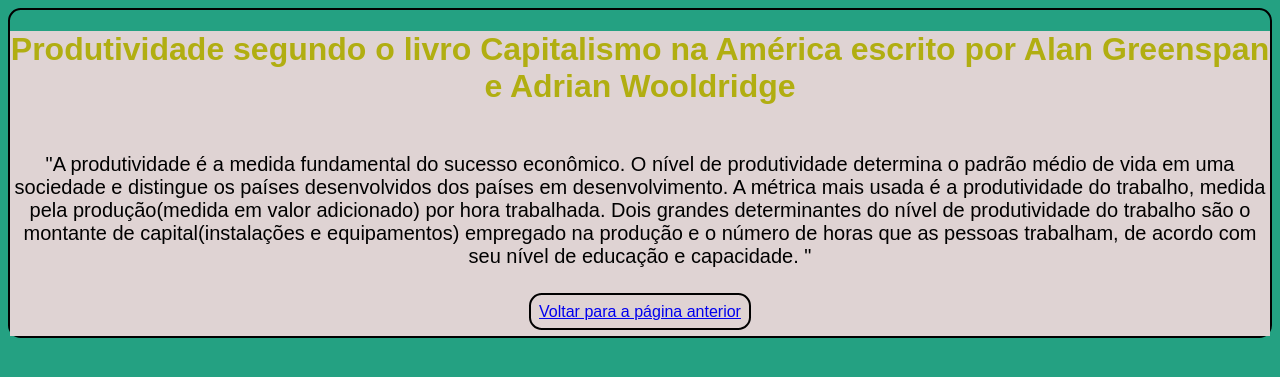
Repository: batmit/FutureFundation.github.io-1
Page: menu/articles/speechs/produtividade.html
An editor plug-in stored every save of this project. The page is shown before and after the next save, followed by the edit.
The browser window is 1280 px wide. The pictures show the whole page.

Above is the page before, as saved 2021-11-07 17:31:26.

After the next save:
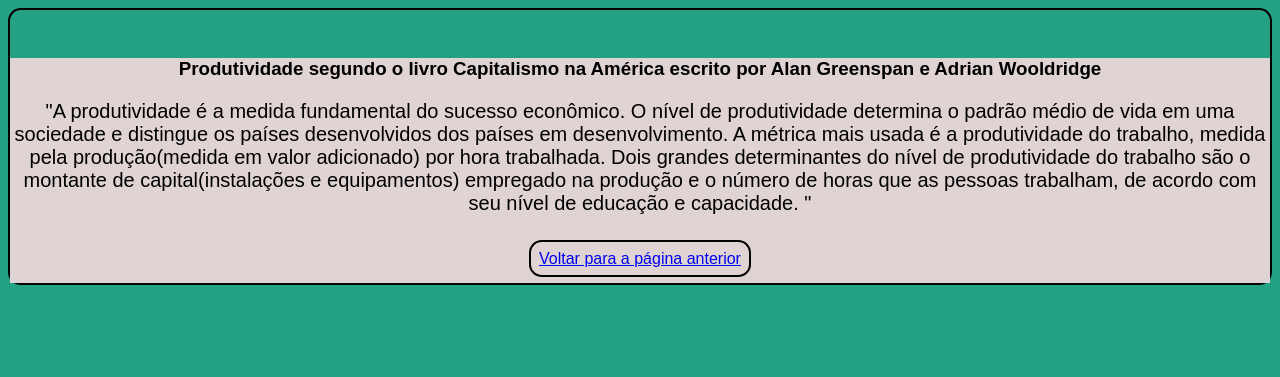
Saved 19 s later.
--- a/menu/articles/speechs/produtividade.html
+++ b/menu/articles/speechs/produtividade.html
@@ -11,8 +11,9 @@
 <body>
     <div id="all">
         <header>
-            <h1>Produtividade segundo o livro Capitalismo na América escrito por Alan Greenspan e Adrian Wooldridge</h1>
+            <h1></h1>
         </header>
+        <h3>Produtividade segundo o livro Capitalismo na América escrito por Alan Greenspan e Adrian Wooldridge</h3>
         <p>"A produtividade é a medida fundamental do sucesso econômico. O nível de produtividade determina o padrão médio de vida em uma sociedade e distingue os países desenvolvidos dos países em desenvolvimento. A métrica mais usada é a produtividade do trabalho, medida pela produção(medida em valor adicionado) por hora trabalhada. Dois grandes determinantes do nível de produtividade do trabalho são o montante de capital(instalações e equipamentos) empregado na produção e o número de horas que as pessoas trabalham, de acordo com seu nível de educação e capacidade. "</p>
 
 
